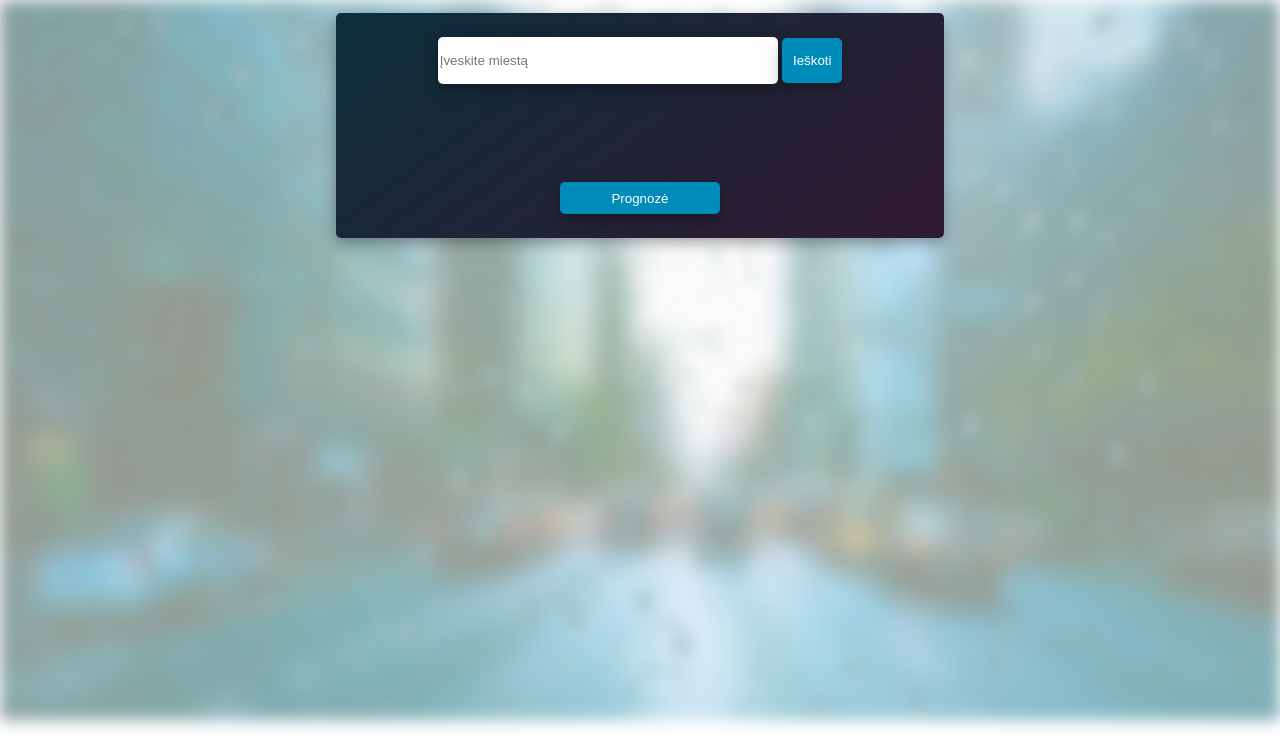
Repository: daxazz1/Weather-app
Page: index.html
An editor plug-in stored every save of this project. The page is shown before and after the next save, followed by the edit.
The browser window is 1280 px wide. The pictures show the whole page.

Above is the page before, as saved 2021-11-08 14:30:31.

### index.html
<!DOCTYPE html>
<html lang="en">
<head>
    <meta charset="UTF-8">
    <meta http-equiv="X-UA-Compatible" content="IE=edge">
    <meta name="viewport" content="width=device-width, initial-scale=1.0">
    <title>Simple weather app</title>
    <link rel="stylesheet" href="style.css">
    <link rel="preconnect" href="https://fonts.googleapis.com">
    <script src="resources/script.js" defer></script>

</head>
<body>
  <div class="content">
    <div id="wrapper1">
      <div class="input">
        <input id="city" placeholder="Įveskite miestą" required/>
        <button id="search">Ieškoti</button>
      </div>
          <p class="dt"> <span id="datetime"></span></p>
          <div class="siandien">
          <img id="penktas">
          <div id="pirmas"></div>
          <div id="antras"></div>
          <div id="trecias"></div>
          <div id="ketvirtas"></div>
          </div>
          <br><br>
          <button id="prognoze">Prognozė</button>
    </div>

    <div id="wrapper2">

      <h1 id="h1"></h1>

    <div class="wrap">

      <div class="rytoj1">
        <table>
          <tr>
            <td><h4 id="h4-1"></h4></td>
            <td><img id="sesto-icon"/></td>
            <td><div id="sestas"></div></td>
            <td><div id="septintas"></div></td>
            <td><div id="astuntas"></div></td>
          </tr>
    </div>

    <div class="rytoj2">

        <tr>
      <td><h4 id="h4-2"></h4></td>
      <td> <img id="devinto-icon"/></td>
      <td> <div id="devintas"></div></td>
      <td> <div id="desimtas"></div></td>
      <td> <div id="vienuoliktas"></div></td>
       </tr>

    </div>

    <div class="rytoj3">

        <tr>
          <td> <h4 id="h4-3"></h4></td>
          <td> <img id="dvylikto-icon"/></td>
          <td> <div id="dvyliktas"></div></td>
          <td> <div id="tryliktas"></div></td>
          <td> <div id="keturioliktas"></div></td>
      </tr>
    </table>
    </div>
  </div>
  </div>

</div>


</body>
</html>

### style.css
#wrapper1,
#wrapper2 {
  color: white;
  width: 35rem;
  text-align: center;
  border-radius: 5px;
  margin: 5px;
  background-color: rgb(255, 255, 255);
  padding: 1.5rem;
  box-shadow: rgba(0, 0, 0, 0.35) 0px 5px 15px;
  background: linear-gradient(0.4turn, #0d2e3b, #311a31);
}

.wrap {
  justify-content: space-around;
  margin-top: 60px;
}
#city {
  width: 60%;
  height: 45px;
  border-radius: 5px;
  border: none;
  box-shadow: rgba(0, 0, 0, 0.35) 0px 5px 15px;
}
button {
  width: 60px;
  height: 45px;
  border: 1px;
  border-radius: 5px;
  color: white;
  background-color: #008cba;
  box-shadow: rgba(0, 0, 0, 0.35) 0px 5px 15px;
  animation: both;
}
button:hover {
  background-color: #1b9cc7;
}

.dt {
  color: rgb(255, 255, 255);
  font-size: 14px;
  padding-top: 10px;
}

#pirmas {
  font-weight: 500;
  font-size: 36px;
}
.rytoj1,
.rytoj2,
.rytoj3 {
  font-size: 12px;
}

#prognoze {
  width: 10rem;
  height: 2rem;
  border: none;
  border-radius: 5px;
  background-color: #008cba;
  color: white;
  box-shadow: rgba(0, 0, 0, 0.35) 0px 5px 15px;
}

#prognoze:hover {
  background-color: #1b9cc7;
}

#h4-1,
#h4-2,
#h4-3 {
  font-size: 12px;
}

body {
  display: flex;
  height: 100vh;
  justify-content: center;
  font-family: -apple-system, BlinkMacSystemFont, "Segoe UI", Roboto, Oxygen,
    Ubuntu, Cantarell, "Open Sans", "Helvetica Neue", sans-serif;
}
body::after {
  content: "";
  background: url(/pics/backg.jpg);
  opacity: 0.5;
  top: 0;
  left: 0;
  bottom: 0;
  right: 0;
  position: absolute;
  z-index: -1;
  background-size: cover;
  filter: blur(8px);
}

### resources/script.js
let apiKey = '460522f216939cb477f8b66006be7948' // jusu api key
let lang = 'lt' // kalba
let units = 'metric' // naudojama metrine sistema
let city = 'Vilnius' // miestas irasytas inpute

let cityName = document.getElementById('city')
let searchButton = document.getElementById('search')

// uzdedu click eventa ant search mygtuko
searchButton.addEventListener('click', getDataFromApi)

// funkcija kuri gauna duomenis is API
function getDataFromApi() {
    // paimu irasyta miesta is input ir nustatau
    city = cityName.value

    // url yra skirtas pasiimti duomenis is api
    let url = 'https://api.openweathermap.org/data/2.5/forecast?' +
        'q=' + city +
        '&units=' + units +
        '&lang=' + lang +
        '&appid=' + apiKey

    // su fetch funkcija pasiimu duomenis is api (asinchronine funkcija)
    fetch(url)
        .then(response => response.json())
        // data => jusu kodas
        .then(function (data) {
            //paduodu gautus duomenis i funkcija
            showWeatherInDom(data)
        });
}


document.getElementById("wrapper2").style.display = 'none';



// funkcija kuri gauna duomenis ir juos atvaizduoja
function showWeatherInDom(data) {
    // tikrinu ar mano response yra geras
    if (data.cod === '200') {

    // /prognoze siai dienai

        document.getElementById("pirmas").innerHTML =  data.city.name;
        document.getElementById("antras").innerHTML = "Temperatūra: " + Math.round(data.list[0].main.temp) +" °C / " + "Jaučiama:  " + Math.round(data.list[0].main.feels_like) +" °C";
        document.getElementById("trecias").innerHTML = "Vėjo greitis: " + data.list[0].wind.speed + " m/s";
        document.getElementById("ketvirtas").innerHTML = data.list[0].weather[0].description;


        let iconCode =  data.list[0].weather[0].icon;
        let iconUrl = 'http://openweathermap.org/img/wn/' + iconCode + '@2x.png';
        let image = document.getElementById("penktas");
        image.src = iconUrl;

        console.log(data.list)

        //prognoze rytoj

        document.getElementById("sestas").innerHTML =  "Temperatūra: " + Math.round(data.list[6].main.temp) +" °C / " + "Jaučiama:  " + Math.round(data.list[6].main.feels_like) +" °C";
        document.getElementById("septintas").innerHTML = "Vėjo greitis: " + data.list[6].wind.speed + " m/s";
        document.getElementById("astuntas").innerHTML = data.list[6].weather[0].description;

        let iconCode2 =  data.list[6].weather[0].icon;
        let image2 = document.getElementById("sesto-icon");
        let iconUrl2 = 'http://openweathermap.org/img/wn/' + iconCode2 + '@2x.png';
        image2.src = iconUrl2;

     //prognoze poryt

        document.getElementById("devintas").innerHTML =  "Temperatūra: " + Math.round(data.list[14].main.temp) +" °C / " + "Jaučiama:  " + Math.round(data.list[14].main.feels_like) +" °C";
        document.getElementById("desimtas").innerHTML = "Vėjo greitis: " + data.list[14].wind.speed + " m/s";
        document.getElementById("vienuoliktas").innerHTML = data.list[14].weather[0].description;

        let iconCode3 =  data.list[14].weather[0].icon;
        let image3 = document.getElementById("devinto-icon");
        let iconUrl3 = 'http://openweathermap.org/img/wn/' + iconCode3 + '@2x.png';
        image3.src = iconUrl3;

     //prognoze po 2 dienu

        document.getElementById("dvyliktas").innerHTML =  "Temperatūra: " + Math.round(data.list[22].main.temp) +" °C / " + "Jaučiama:  " + Math.round(data.list[22].main.feels_like) +" °C";
        document.getElementById("tryliktas").innerHTML = "Vėjo greitis: " + data.list[22].wind.speed + " m/s";
        document.getElementById("keturioliktas").innerHTML = data.list[22].weather[0].description;

        let iconCode4 =  data.list[22].weather[0].icon;
        let image4 = document.getElementById("dvylikto-icon");
        let iconUrl4 = 'http://openweathermap.org/img/wn/' + iconCode4 + '@2x.png';
        image4.src = iconUrl4;




        document.getElementById("h1").textContent = "Prognozė";
        document.getElementById("h4-1").innerHTML = data.list[6].dt_txt;
        document.getElementById("h4-2").textContent = data.list[14].dt_txt;
        document.getElementById("h4-3").textContent = data.list[22].dt_txt;

        //Šios dienos data
        let dt = new Date();
        document.getElementById("datetime").innerHTML = "Data: " + dt.toLocaleString();

    } else {
        console.log('Kazkas negerai', data)
    }
}

//miesto pasirinkimas Enter mygtuku

let input = document.getElementById("city");
input.addEventListener("keyup", function(event) {
    if (event.keyCode === 13) {
        event.preventDefault();
        document.getElementById("search").click();
    }
});

//prognozes langas appear/dissapear

function tomorrowWeatherDiv() {

    const wrapperis = document.getElementById('wrapper2');
    if (wrapperis.style.display !== "none") {
        wrapperis.style.display = "none";
    }else {
        wrapperis.style.display = "block";
        }
    }
document.getElementById("prognoze").addEventListener('click', tomorrowWeatherDiv)

After the next save:
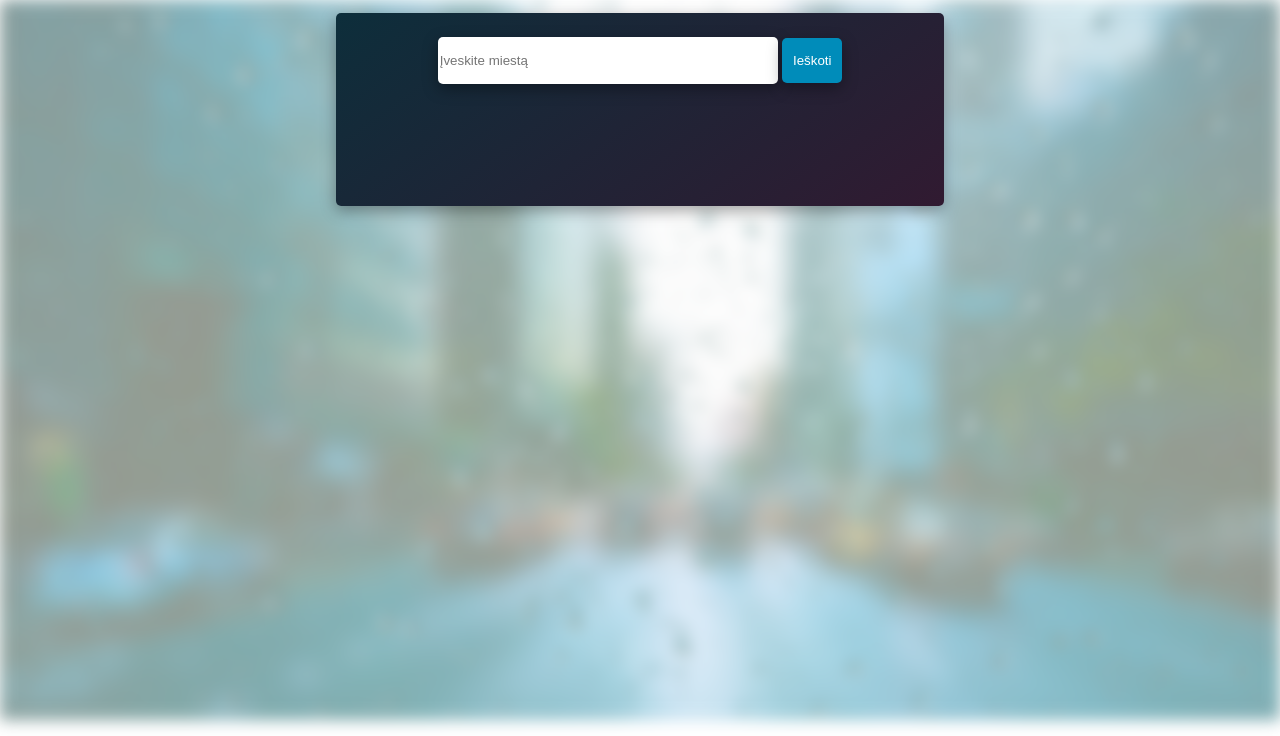
Console error: TypeError: Cannot read properties of null (reading 'addEventListener')
Saved 36 s later.
--- a/index.html
+++ b/index.html
@@ -26,7 +26,7 @@
           <div id="ketvirtas"></div>
           </div>
           <br><br>
-          <button id="prognoze">Prognozė</button>
+          <!--<button id="prognoze">Prognozė</button>-->
     </div>
 
     <div id="wrapper2">
